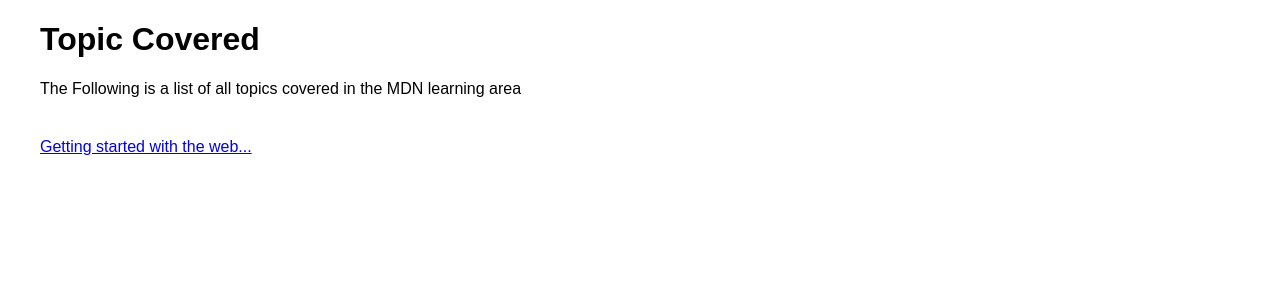
Repository: sriram1224/ReactProjects.github.io
Page: Assignments/Assignment1/index.html
These files come from the project's save history. The page is drawn as it stood at one moment and after the next save; the edit follows.
The browser window is 1280 px wide. The pictures show the whole page.

Above is the page before, as saved 2024-03-01 09:53:52.

### Assignments/Assignment1/index.html
<!DOCTYPE html>
<html>
<head>
  <script src="https://unpkg.com/react@18/umd/react.development.js"></script>
  <script src="https://unpkg.com/react-dom@18/umd/react-dom.development.js"></script>
  <style>
    body{
      margin-left: 40px;
      font-family: Arial, sans-serif;

    }
    #para{
      margin-bottom: 40px;
    }


  </style>
</head>

<body>

  <div id="root"></div>

  <script>

    const TopicHeader = () => React.createElement(
      'h1',
      {id: 'title'},
      'Topic Covered'
    );

    const TopicDescription = () => React.createElement(
      'p',
      {id: 'para'},
      'The Following is a list of all topics covered in the MDN learning area'
    );

    const TopicList = () => React.createElement(
      'div',
      null,
      [


        React.createElement('a', {href: 'http://example.com'}, 'Getting started with the web...')

      ]
    );

    ReactDOM.render(
      React.createElement(
        'div',
        null,
        [
          React.createElement(TopicHeader),
          React.createElement(TopicDescription),
          React.createElement(TopicList)
        ]
      ),
      document.getElementById('root')
    );

  </script>

</body>
</html>

After the next save:
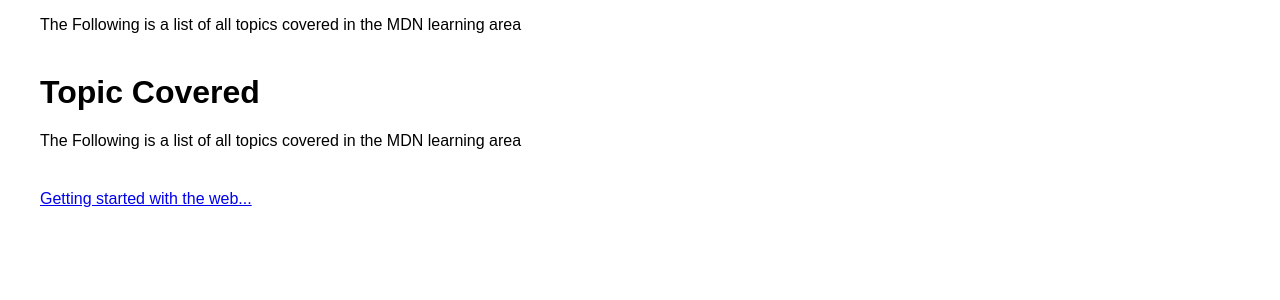
Saved 4 min 28 s later.
--- a/Assignments/Assignment1/index.html
+++ b/Assignments/Assignment1/index.html
@@ -23,17 +23,31 @@
 
   <script>
 
-    const TopicHeader = () => React.createElement(
-      'h1',
-      {id: 'title'},
-      'Topic Covered'
-    );
+    const TopicHeader = () =>
+    React.createElement(
+      'div',
+      null,
+      [
+      React.createElement(
+      'p',
+      {id: 'para'},
+      'The Following is a list of all topics covered in the MDN learning area'),
+      React.createElement(
+        'h1',
+        {id: 'title'},
+        'Topic Covered'
+      )
+      ]);
 
     const TopicDescription = () => React.createElement(
+      'div',
+      null,
+      [
+      React.createElement(
       'p',
       {id: 'para'},
-      'The Following is a list of all topics covered in the MDN learning area'
-    );
+      'The Following is a list of all topics covered in the MDN learning area')
+   ]);
 
     const TopicList = () => React.createElement(
       'div',
